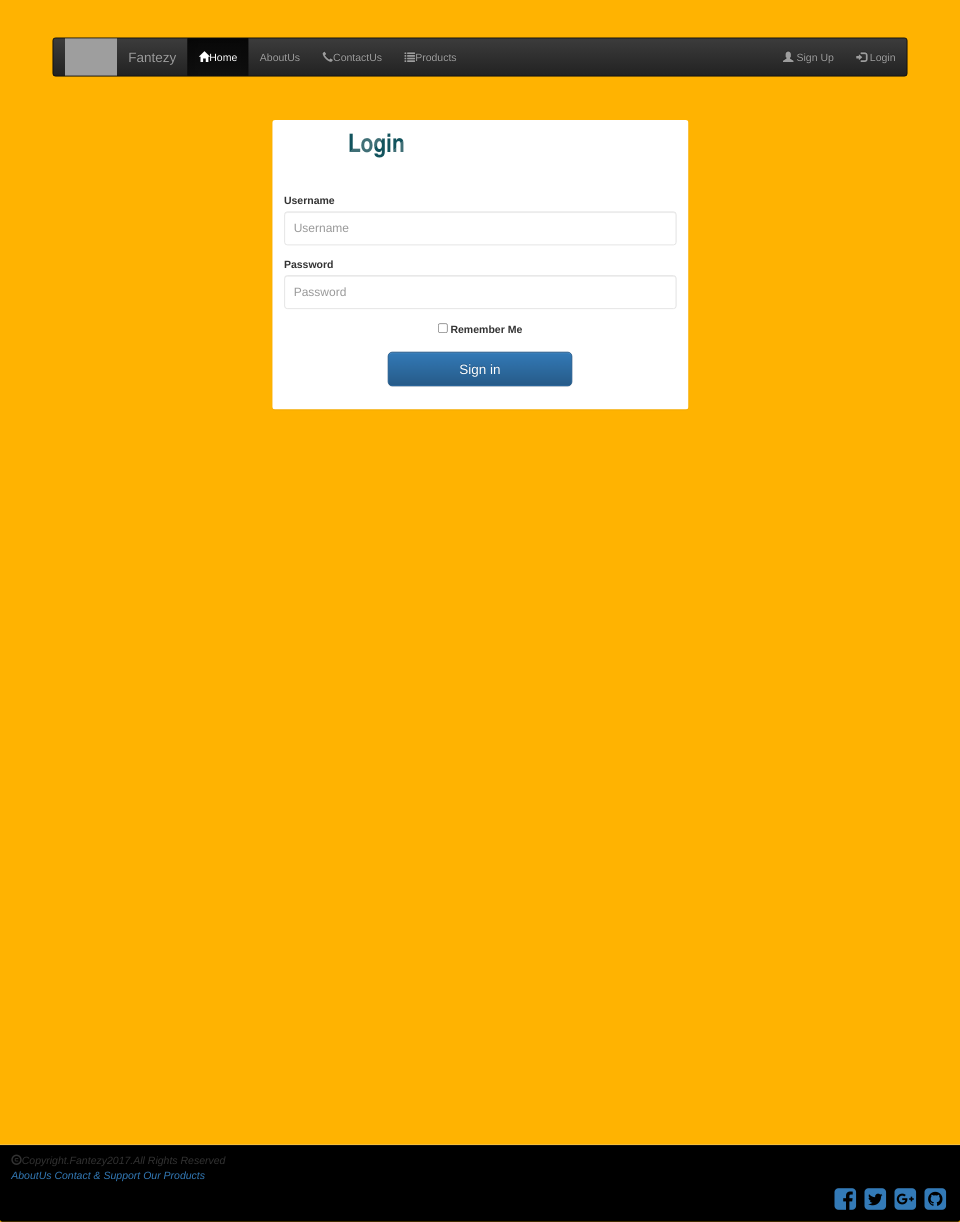
Repository: Safna93/eCommerce-project
Page: http://localhost/FantezyFrontendProject/WEB-INF/views/Login.jsp
The author's editor kept a copy of each file at every save. The page is drawn from the files as they stood at one save, then again after the next save.
The browser window is 1280 px wide. The pictures show the whole page, at 75% of full size.
Pictures or frames that could not be fetched are drawn as grey boxes. Some web libraries are served in a nearby version. The page is served by Tomcat 9. Nobody is signed in. The template is opened directly, without the code that normally fills it, so the values that code supplies are empty.

Above is the page before, as saved 2017-07-11 09:46:33.

After the next save:
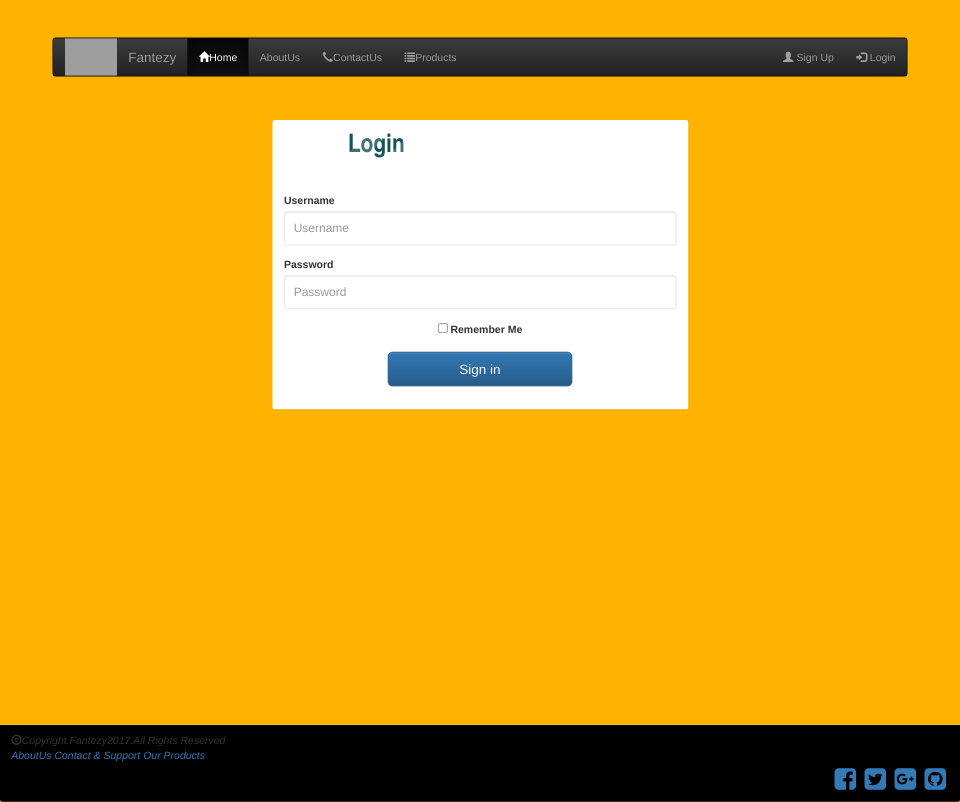
Saved 22 s later.
--- a/Fantezy Project/Fantezy/FantezyFrontendProject/src/main/webapp/WEB-INF/views/Login.jsp
+++ b/Fantezy Project/Fantezy/FantezyFrontendProject/src/main/webapp/WEB-INF/views/Login.jsp
@@ -62,7 +62,7 @@
       </div>
     </div>
   </div>
-  <br><br><br><br><br><br><br><br><br><br><br><br><br><br><br><br><br><br><br><br><br><br><br><br><br><br><br><br><br><br><br><br><br><br><br><br><br><br><br><br><br><br><br><br><br><br><br><br>
+  <br><br><br><br><br><br><br><br><br><br><br><br><br><br><br><br><br><br><br><br>
   <%@include file="Footer.jsp"%>
 </body>
 </html>
